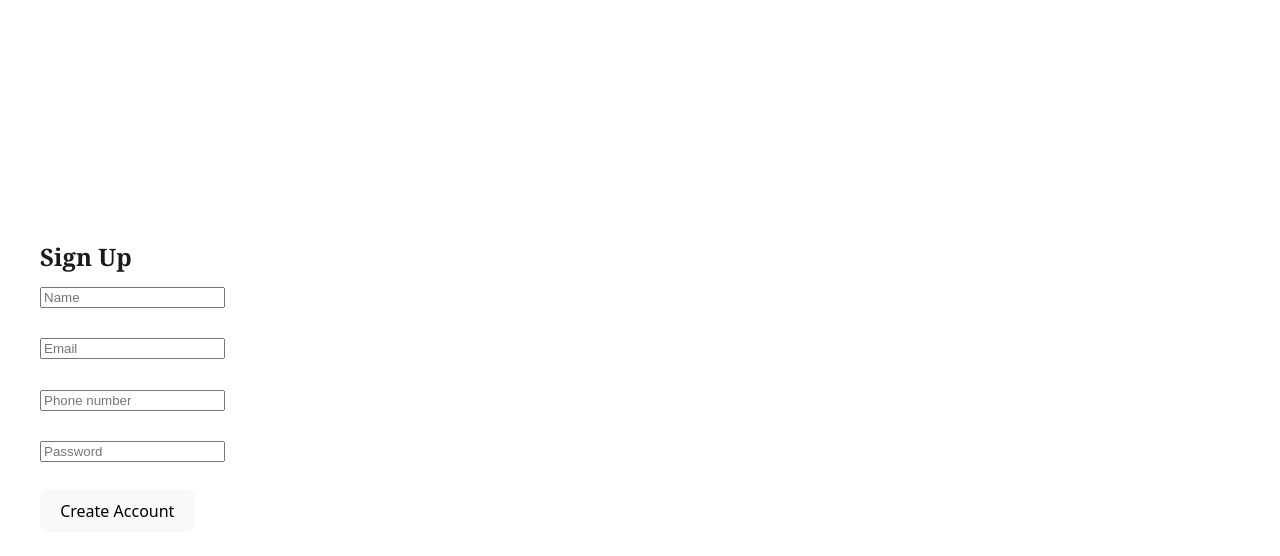
Repository: rozhinasaberi/MyPortfolio
Page: /signup (app in client/)
An editor plug-in stored every save of this project. The page is shown before and after the next save, followed by the edit.
The browser window is 1280 px wide. The pictures show the whole page.
The page's requests for data from a server got no answer. The project was rebuilt for these pictures with package versions that can differ from the ones it lists, and the page was loaded fresh each time. No one was signed in, and anything a server would have sent is missing. Also part of the build but not shown: client/src/Login.jsx, client/src/CustomerDashboard.jsx, client/src/App.jsx.

Above is the page before, as saved 2025-12-02 05:09:40.

After the next save:
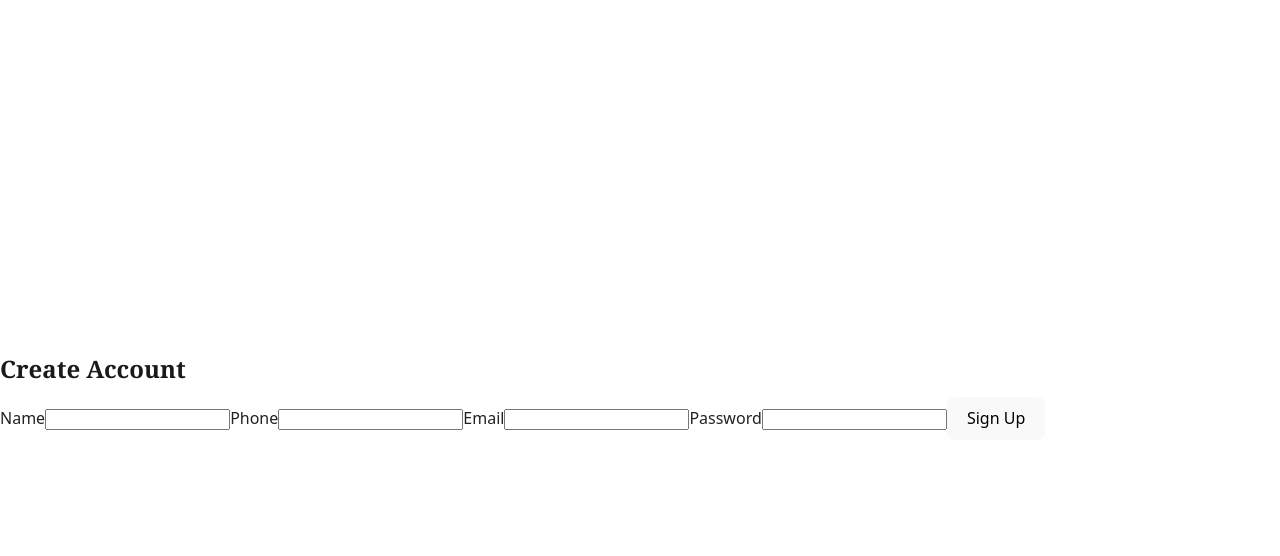
Saved 8 s later.
--- a/client/src/signup.jsx
+++ b/client/src/signup.jsx
@@ -1,78 +1,85 @@
-// client/src/signup.jsx
-import { useState } from "react";
+// client/src/Signup.jsx
+import React, { useState } from "react";
+import axios from "axios";
+import { API_BASE } from "./api";
 
-export default function Signup({ onSuccess }) {
+export default function Signup({ onSignup }) {
   const [name, setName] = useState("");
+  const [phone, setPhone] = useState("");
   const [email, setEmail] = useState("");
-  const [phone, setPhone] = useState("");
   const [password, setPassword] = useState("");
-  const [message, setMessage] = useState("");
+  const [error, setError] = useState("");
 
-  const handleSignup = async (e) => {
+  const handleSubmit = async (e) => {
     e.preventDefault();
+    setError("");
 
     try {
-      const res = await fetch("http://localhost:3000/auth/signup", {
-        method: "POST",
-        headers: { "Content-Type": "application/json" },
-        body: JSON.stringify({ name, email, password, phone }),
+      const res = await axios.post(`${API_BASE}/auth/signup`, {
+        name,
+        email,
+        password,
+        phone,
       });
 
-      const data = await res.json();
+      const { user, token } = res.data;
+      localStorage.setItem("portfolioUser", JSON.stringify(user));
+      localStorage.setItem("portfolioToken", token);
 
-      if (res.ok) {
-        setMessage("Signup successful! 🎉");
-
-
-        if (onSuccess && data.user) {
-          onSuccess(data.user);
-        }
-      } else {
-        setMessage(data.error || "Signup failed.");
-      }
+      if (onSignup) onSignup(user);
     } catch (err) {
-      console.error(err);
-      setMessage("Server error.");
+      console.error("Signup error:", err.response?.data || err.message);
+      setError(err.response?.data?.error || "Signup failed");
     }
   };
 
   return (
-    <div style={{ padding: "40px" }}>
-      <h2>Sign Up</h2>
+    <div className="auth-page">
+      <h2>Create Account</h2>
+      <form onSubmit={handleSubmit} className="auth-form">
+        <label>
+          Name
+          <input
+            type="text"
+            value={name}
+            onChange={(e) => setName(e.target.value)}
+            required
+          />
+        </label>
 
-      <form onSubmit={handleSignup}>
-        <input
-          type="text"
-          placeholder="Name"
-          value={name}
-          onChange={(e) => setName(e.target.value)}
-        /><br /><br />
+        <label>
+          Phone
+          <input
+            type="tel"
+            value={phone}
+            onChange={(e) => setPhone(e.target.value)}
+          />
+        </label>
 
-        <input
-          type="email"
-          placeholder="Email"
-          value={email}
-          onChange={(e) => setEmail(e.target.value)}
-        /><br /><br />
+        <label>
+          Email
+          <input
+            type="email"
+            value={email}
+            onChange={(e) => setEmail(e.target.value)}
+            required
+          />
+        </label>
 
-        <input
-          type="tel"
-          placeholder="Phone number"
-          value={phone}
-          onChange={(e) => setPhone(e.target.value)}
-        /><br /><br />
+        <label>
+          Password
+          <input
+            type="password"
+            value={password}
+            onChange={(e) => setPassword(e.target.value)}
+            required
+          />
+        </label>
 
-        <input
-          type="password"
-          placeholder="Password"
-          value={password}
-          onChange={(e) => setPassword(e.target.value)}
-        /><br /><br />
+        {error && <p className="auth-error">{error}</p>}
 
-        <button type="submit">Create Account</button>
+        <button type="submit">Sign Up</button>
       </form>
-
-      <p style={{ marginTop: "20px" }}>{message}</p>
     </div>
   );
 }
